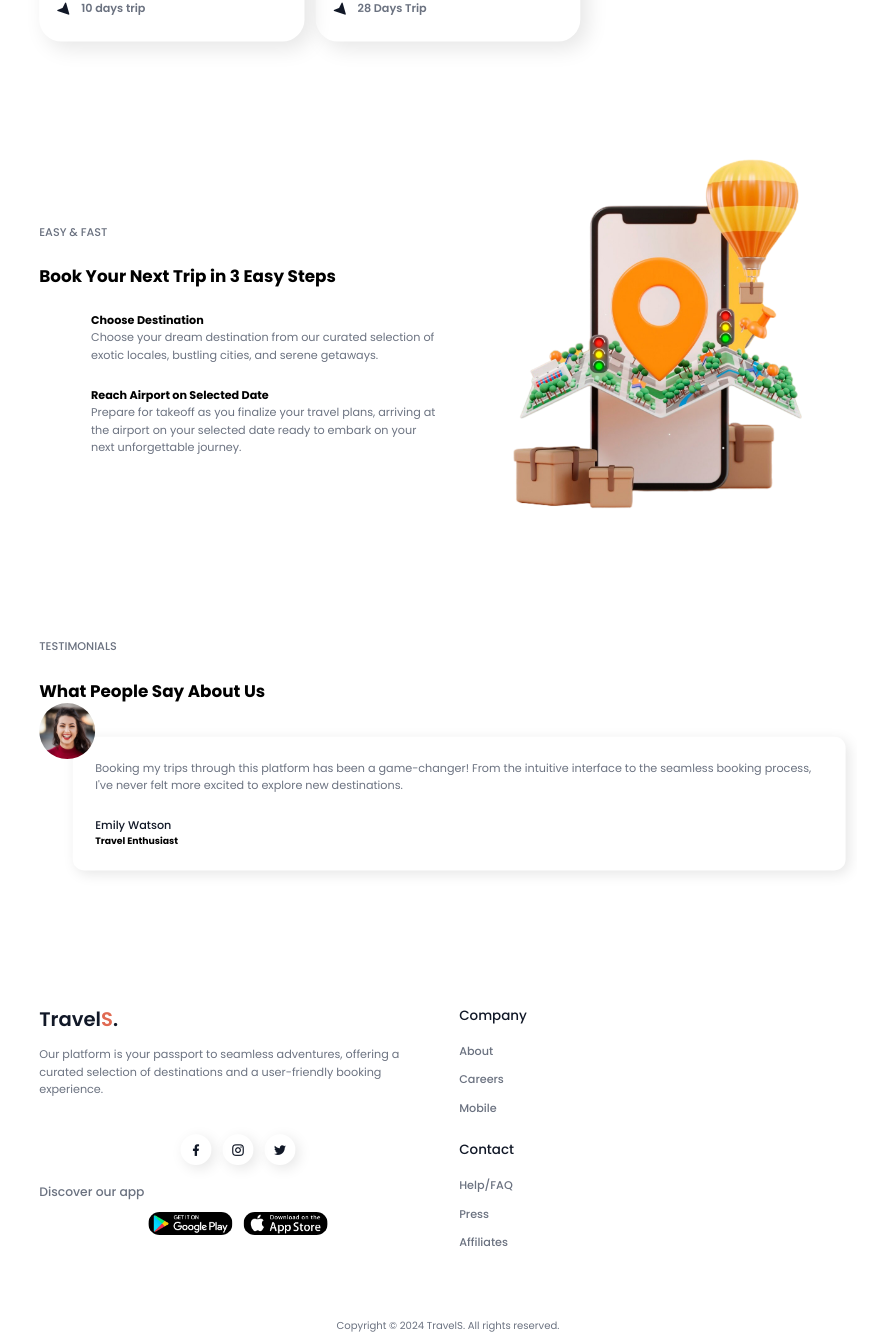
Repository: ntandomagana/travel-website
Page: index.html
An editor plug-in stored every save of this project. The page is shown before and after the next save, followed by the edit.
The browser window is 1280 px wide. The pictures show the part of the page from y = 2199 to 4119 px (the page is 4119 px tall), at 70% of full size.

Above is the page before, as saved 2024-05-07 14:40:15.

### index.html
<!DOCTYPE html>
<html lang="en">
  <head>
    <meta charset="UTF-8" />
    <meta name="viewport" content="width=device-width, initial-scale=1.0" />
    <link
      href="https://cdn.jsdelivr.net/npm/remixicon@4.2.0/fonts/remixicon.css"
      rel="stylesheet"
    />
    <link
      rel="stylesheet"
      href="https://cdn.jsdelivr.net/npm/swiper@11/swiper-bundle.min.css"
    />
    <link rel="stylesheet" href="style.css" />
    <link rel="stylesheet" href="mediaqueries.css" />
    <title>Travel Website</title>
  </head>
  <body>
    <nav>
      <div class="nav-header">
        <div class="logo">
          <a href="#" class="logo">Travel<span>S</span>.</a>
        </div>
        <div class="nav-menu-btn" id="menu-btn">
          <i class="ri-menu-line"></i>
        </div>
      </div>

      <ul class="nav-links" id="nav-links">
        <li><a href="#home">Home</a></li>
        <li><a href="#service">Services</a></li>
        <li><a href="#destination">Destinations</a></li>
        <li><a href="#trips">Trips</a></li>
        <li><a href="#client">Clients</a></li>
      </ul>
    </nav>

    <header class="section-container header-container" id="home">
      <div class="header-image">
        <img src="assets/header.png" alt="header" />
      </div>
      <div class="header-content">
        <h3 class="section-subheader">BEST DESTINATIONS AROUND THE WORLD</h3>
        <h1>Travel, enjoy and live a new full life</h1>
        <p>
          It's an invitation to break free from the ordinary, immerse yourself
          in diverse cultures, and embrace the beauty of the world around you.
          Let every journey be a chapter in your story of living life to its
          fullest potential.
        </p>
        <div class="header-btns">
          <button class="btn">Find out more</button>
          <a href="#">
            <span><i class="ri-play-fill"></i></span>
            Play Demo
          </a>
        </div>
      </div>
    </header>

    <section class="section-container service-container" id="service">
      <h3 class="section-subheader">CATEGORY</h3>
      <h2 class="section-header">We Offer Best Services</h2>
      <div class="service-grid">
        <div class="service-card">
          <img src="assets/weather.png" alt="service" />
          <h4>Calculated Weather</h4>
          <p>
            Stay ahead of your travels with precise weather forecasts tailored
            to your destination's conditions.
          </p>
        </div>
        <div class="service-card">
          <img src="assets/customisation.png" alt="service" />
          <h4>Customizations</h4>
          <p>
            Tailor your journey with personalized customizations, ensuring every
            detail reflects your unique travel style.
          </p>
        </div>
      </div>
    </section>

    <section class="section-container destination-container" id="destination">
      <h3 class="section-subheader">TOP SELLING</h3>
      <h2 class="section-header">Top Destinations</h2>
      <div class="destination-grid">
        <div class="destination-card">
          <img src="assets/destination-1.jpg" alt="destination" />
          <div class="destination-details">
            <div>
              <h4>Rome, Italy</h4>
              <h4>$5.42k</h4>
            </div>
            <p>
              <span><i class="ri-navigation-fill"></i></span>
              10 days trip
            </p>
          </div>
        </div>
        <div class="destination-card">
          <img src="assets/destination-3.jpg" alt="destination" />
          <div class="destination-details">
            <div>
              <h4>Full Europe</h4>
              <h4>$15k</h4>
            </div>
            <p>
              <span><i class="ri-navigation-fill"></i></span>
              28 Days Trip
            </p>
          </div>
        </div>
      </div>
    </section>

    <section class="section-container trip-container" id="trip">
      <div class="trip-image">
        <img src="assets/trip.png" />
      </div>
      <div class="trip-content">
        <h3 class="section-subheader">EASY & FAST</h3>
        <h2 class="section-header">Book Your Next Trip in 3 Easy Steps</h2>
        <ul class="trip-list">
          <li>
            <span><i class="ri-signpost-line"></i></span>
            <div>
              <h4>Choose Destination</h4>
              <p>
                Choose your dream destination from our curated selection of
                exotic locales, bustling cities, and serene getaways.
              </p>
            </div>
          </li>

          <li>
            <span><i class="ri-secure-payment-line"></i></span>
            <div>
              <h4>Reach Airport on Selected Date</h4>
              <p>
                Prepare for takeoff as you finalize your travel plans, arriving
                at the airport on your selected date ready to embark on your
                next unforgettable journey.
              </p>
            </div>
          </li>
        </ul>
      </div>
    </section>

    <section class="section-container clinet-container" id="client">
      <div class="client-content">
        <h3 class="section-subheader">TESTIMONIALS</h3>
        <h2 class="section-header">What People Say About Us</h2>
      </div>
      <div class="client-swiper">
        <!--Slider main container-->
        <div class="swiper">
          <!--Additional required wrapper-->
          <div class="swiper-wrapper">
            <!--Slides-->
            <div class="swiper-slide">
              <div class="client-card">
                <img src="assets/client-1.jpg" alt="client" />
                <div class="client-card-content">
                  <p>
                    Booking my trips through this platform has been a
                    game-changer! From the intuitive interface to the seamless
                    booking process, I've never felt more excited to explore new
                    destinations.
                  </p>
                  <h4>Emily Watson</h4>
                  <h5>Travel Enthusiast</h5>
                </div>
              </div>
            </div>
            <div class="swiper-slide">
              <div class="client-card">
                <img src="assets/client-2.jpg" alt="client" />
                <div class="client-card-content">
                  <p>
                    As a busy professional, time is of the essence. This website
                    made planning my vacation a breeze, allowing me to focus on
                    what matters most: making memories with my family.
                  </p>
                  <h4>David Nguyen</h4>
                  <h5>Business Executive</h5>
                </div>
              </div>
            </div>

            <div class="swiper-slide">
              <div class="client-card">
                <img src="assets/client-3.jpg" alt="client" />
                <div class="client-card-content">
                  <p>
                    I've been using this service for years, and it never
                    disappoints. The convenience of booking my flights,
                    accommodations, and activities all in one place saves me
                    time and stress every trip.
                  </p>
                  <h4>Michael Johnson</h4>
                  <h5>Frequent Flyer</h5>
                </div>
              </div>
            </div>
          </div>
        </div>
      </div>
    </section>

    <footer class="footer">
      <div class="section-container footer-container">
        <div class="footer-col">
          <div class="footer-logo">
            <a href="#" class="logo">Travel<span>S</span>.</a>
          </div>
          <p>
            Our platform is your passport to seamless adventures, offering a
            curated selection of destinations and a user-friendly booking
            experience.
          </p>
        </div>
        <div class="footer-col">
            <h4>Company</h4>
            <ul class="footer-links">
                <li><a href="#">About</a></li>
                <li><a href="#">Careers</a></li>
                <li><a href="#">Mobile</a></li>
            </ul>
        </div>
        <div class="footer-col">
          <h4>Contact</h4>
          <ul class="footer-links">
            <li><a href="#">Help/FAQ</a></li>
            <li><a href="#">Press</a></li>
            <li><a href="#">Affiliates</a></li>
          </ul>
        </div>
        <div class="footer-col">
          <ul class="footer-socials">
            <li>
              <a href="#"><i class="ri-facebook-fill"></i></a>
            </li>
            <li>
              <a href="#"><i class="ri-instagram-line"></i></a>
            </li>
            <li>
              <a href="#"><i class="ri-twitter-fill"></i></a>
            </li>
          </ul>
          <h5>Discover our app</h5>
          <div class="footer-discover">
            <a href="#"><img src="assets/google-play.jpg" alt="discover" /></a>
            <a href="#"><img src="assets/app-store.jpg" alt="discover" /></a>
          </div>
        </div>
      </div>
      <div class="footer-bar">
        Copyright © 2024 TravelS. All rights reserved.
      </div>
    </footer>

    <script src="https://unpkg.com/scrollreveal"></script>
    <script src="https://cdn.jsdelivr.net/npm/swiper@11/swiper-bundle.min.js"></script>
    <script src="main.js"></script>

      </div>

    </footer>
  </body>
</html>

### style.css
@import url("https://fonts.googleapis.com/css2?family=Poppins:ital,wght@0,100;0,200;0,300;0,400;0,500;0,600;0,700;0,800;0,900;1,100;1,200;1,300;1,400;1,500;1,600;1,700;1,800;1,900&display=swap");

:root {
  --primary-color: #e06951;
  --text-dark: #111827;
  --text-light: #6b7280;
  --white: #ffffff;
  --max-width: 1200px;
}

* {
  padding: 0;
  margin: 0;
  box-sizing: border-box;
}

html,
body {
  scroll-behavior: smooth;
}

body {
  font-family: "Poppins", sans-serif;
  background-image: url(assets/header-bg.png);
  background-size: contain;
  background-position: top center;
  background-repeat: no-repeat;
}

nav {
  position: fixed;
  isolation: isolate;
  width: 100%;
  max-width: var(--max-width);
  margin-inline: auto;
  z-index: 9;
}

.nav-header {
  padding: 1rem;
  width: 100%;
  display: flex;
  align-items: center;
  justify-content: space-between;
  background-color: var(--text-dark);
}

.nav-header .logo {
  color: var(--white);
}

.nav-menu-btn {
  font-size: 1rem;
  color: var(--white);
  cursor: pointer;
}

.nav-links {
  position: absolute;
  top: 65px;
  left: 0;
  width: 100%;
  list-style: none;
  display: flex;
  align-items: center;
  justify-content: center;
  flex-direction: column;
  gap: 2rem;
  padding: 2rem;
  background-color: var(--text-dark);
  transition: 0.5s;
  z-index: -1;
  transform: translateY(-100%);
}

.nav-links.open {
  transform: translateY(0);
}

.nav-links a {
  font-weight: 500;
  white-space: nowrap;
  color: var(--white);
}

.nav-links a:hover {
  color: var(--primary-color);
}

.section-container {
  max-width: var(--max-width);
  margin: auto;
  padding: 5rem 1rem;
}

.section-subheader {
  margin-bottom: 1rem;
  font-size: 1rem;
  font-weight: 500;
  line-height: 3.75rem;
  color: var(--text-light);
  text-align: center;
}

.logo {
  font-size: 1.75rem;
  font-weight: 600;
  color: var(--text-dark);
}

.logo span {
  color: var(--primary-color);
}

img {
  display: flex;
  width: 100%;
}

a {
  text-decoration: none;
  transition: 0.4s;
}

ul {
  list-style: none;
}

.header-container {
  display: grid;
  gap: 2rem;
  overflow: hidden;
}

.header-image img {
  max-width: 550px;
  margin-inline: auto;
}

.header-content .section-subheader {
  font-size: 1.2rem;
  color: var(--primary-color);
}

.header-content h1 {
  margin-bottom: 1rem;
  font-size: 4.75rem;
  font-weight: 500;
  line-height: 5.5rem;
  color: var(--text-dark);
  text-align: center;
}

.header-content p {
  margin-bottom: 2rem;
  line-height: 2rem;
  color: var(--text-light);
  text-align: center;
}

.header-btns {
  display: flex;
  align-items: center;
  justify-content: center;
  gap: 2rem;
}

.header-btns .btn {
  padding: 1rem 1.5rem;
  outline: none;
  border: none;
  font-size: 1rem;
  color: var(--white);
  background-color: #f1a501;
  border-radius: 5px;
  box-shadow: 2px 2px 20px rgba(241, 165, 1, 0.5);
  cursor: pointer;
}

.header-btns a {
  display: flex;
  align-items: center;
  gap: 1rem;
  font-size: 1rem;
  font-weight: 500;
  color: var(--text-light);
  transition: 0.3s;
}

.header-btns a:hover {
  color: var(--text-dark);
}

.header-btns a span {
  padding: 6px 12px;
  font-size: 1.5rem;
  color: var(--white);
  background-color: var(--primary-color);
  box-shadow: 2px 2px 20px rgba(224, 105, 81, 0.5);
  border-radius: 100%;
}

.service-grid {
  margin-top: 4rem;
  display: grid;
  gap: 1rem;
}

.service-card {
  padding: 2rem 1rem;
  text-align: center;
  border-radius: 2rem;
  transition: 0.3s;
}

.service-card:hover {
  box-shadow: 10px 10px 30px rgba(0, 0, 0, 0.1);
}

.service-card img {
  margin-bottom: 2rem;
  max-width: 60px;
  margin-inline: auto;
}

.service-card h4 {
  margin-bottom: 1rem;
  font-size: 1.2rem;
  font-weight: 600;
  color: var(--text-dark);
}

.service__card p {
  color: var(--text-light);
}

.destination-grid {
  margin-top: 4rem;
  display: grid;
  gap: 1rem;
}

.destination-card {
  border-radius: 2rem;
  overflow: hidden;
  box-shadow: 10px 10px 30px rgba(0, 0, 0, 0.1);
}

.destination-details {
  padding: 1rem 1.5rem;
}

.destination-details > div {
  margin-bottom: 1rem;
  display: flex;
  align-items: center;
  justify-content: space-between;
  gap: 1rem;
}

.destination-details h4 {
  font-size: 1.2rem;
  font-weight: 500;
  color: var(--text-light);
}

.destination-details p {
  margin-bottom: 1rem;
  display: flex;
  align-items: center;
  font-weight: 600;
  gap: 1rem;
  color: var(--text-light);
}

.destination-details p span {
  font-size: 1.25rem;
  color: var(--text-dark);
  transform: rotate(180deg);
}

.trip-container {
  display: grid;
  gap: 2rem;
  overflow: hidden;
}

.trip-image img {
  max-width: 425px;
  margin-inline: auto;
}

.trip-list {
  list-style: none;
  margin-top: 2rem;
  display: grid;
  gap: 2rem;
}

.trip-list li {
  display: flex;
  align-items: center;
  gap: 1rem;
}

.trip-list li span {
  padding: 8px 15px;
  font-size: 1.75rem;
  color: var(--white);
  border-radius: 1rem;
}

.trip__list li:nth-child(1) span {
  background-color: #f0bb1f;
}

.trip__list li:nth-child(2) span {
  background-color: #f15a2b;
}

.trip__list li:nth-child(3) span {
  background-color: #006380;
}

.trip-list p {
  color: var(--text-light);
}

.client-container {
  padding-bottom: 3rem;
  display: grid;
  gap: 2rem 4rem;
}

.swiper {
  width: 100%;
}

.swiper-slide {
  height: auto !important;
}

.client-card {
  position: relative;
  isolation: isolate;
  padding-block: 3rem 2rem;
  padding-inline: 3rem 1rem;
}

.client-card img {
  position: absolute;
  top: 0;
  left: 0;
  max-width: 80px;
  border-radius: 100%;
}

.client-card-content {
  padding: 2rem;
  border-radius: 1rem;
  box-shadow: 5px 5px 20px rgba(0, 0, 0, 0.1);
}

.client-card-content p {
  margin-bottom: 2rem;
  color: var(--text-light);
}

.client-card-content h4 {
  font-size: 1rem;
  font-weight: 500;
  color: var(--text-dark);
}

.client__card__content h5 {
  font-size: 1rem;
  font-weight: 500;
  color: var(--text-light);
}

.footer-container {
  display: grid;
  gap: 2rem;
}

.footer-col p {
  margin-top: 1rem;
  color: var(--text-light);
}

.footer-col h4 {
  margin-bottom: 1.5rem;
  font-size: 1.2rem;
  font-weight: 500;
  color: var(--text-dark);
}

.footer-links {
    display: grid;
    gap: 1rem;
}

.footer-links a {
    font-weight: 500;
    color: var(--text-light);

}

.footer-links a:hover {
    color: var(--primary-color);
}

.footer-socials {
    margin-bottom: 2rem;
    display: flex;
    align-items: center;
    justify-content: center;
    gap: 1rem;
}

.footer-socials a {
    padding: 8px 12px;
    font-size: 1.25rem;
    color: var(--text-dark);
    border-radius: 100%;
    box-shadow: 5px 5px 20px rgba(0, 0, 0, 0.1);
}

.footer-socials a:hover {
    color: var(--white);
    background-color: var(--primary-color);
}
.footer-col h5 {
    margin-bottom: 1rem;
    font-size: 1.1rem;
    font-weight: 500;
    color: var(--text-light);
}


.footer-discover {
    display: flex;
    align-items: center;
    justify-content: center;
    gap: 1rem;
}

.footer-discover img {
    max-width: 120px;
    border-radius: 1rem;
}

.footer-bar {
    padding: 1rem;
    font-size: 0.9rem;
    color: var(--text-light);
    text-align: center;

}

### mediaqueries.css
@media (width > 540px) {
  .service-grid {
    grid-template-columns: repeat(2, 1fr);
  }

  .destination-grid {
    grid-template-columns: repeat(2, 1fr);
  }

  .footer-container {
    grid-template-columns: repeat(2, 1fr);
  }

  .footer-col:nth-child(4) {
    grid-area: 2/1/3/2;
  }
}

@media (width > 768px) {
  nav {
    position: static;
    padding-block: 2rem 0;
    padding-inline: 1rem;
    display: flex;
    align-items: center;
    justify-content: space-between;
    gap: 2rem;
  }

  .nav-header {
    padding: 0;
    background-color: transparent;
  }

  .nav-logo .logo {
    color: var(--text-dark);
  }

  .nav-menu-btn {
    display: none;
  }

  .nav-links {
    position: static;
    padding: 0;
    flex-direction: row;
    justify-content: fix-end;
    gap: 4rem;
    background-color: transparent;
    transform: none;
  }

  .nav-links a {
    color: var(--text-dark);
  }

  .header-container {
    grid-template-columns: repeat(2, 1fr);
    align-items: center;
  }

  .header-image {
    grid-area: 1/2/3;
  }

  .header-content :is(.section-subheader, h1, p) {
    text-align: left;
  }

  .header-btns {
    justify-content: flex-start;
  }

  .service-grid {
    grid-template-columns: repeat(4, 1fr);
  }

  .destination-grid {
    grid-template-columns: repeat(3, 1fr);
  }

  .trip-container {
    grid-template-columns: repeat(2, 1fr);
    align-items: center;
  }

  .trip-image {
    grid-area: 1/2/2/3;
  }

  .trip-content :is(.section-subheader, .section-header) {
    text-align: left;
  }

  .client-container {
    grid-template-columns: repeat(2, 1fr);
  }

  .client-content :is(.section-subheader, .section-header) {
    text-align: left;
  }

  .footer__container {
    grid-template-columns: repeat(4, 1fr);
  }

  .footer__col:nth-child(4) {
    grid-area: unset;
  }
}
}

Loaded but not shown: main.js (no copy from this time; the picture is the same without it)

After the next save:
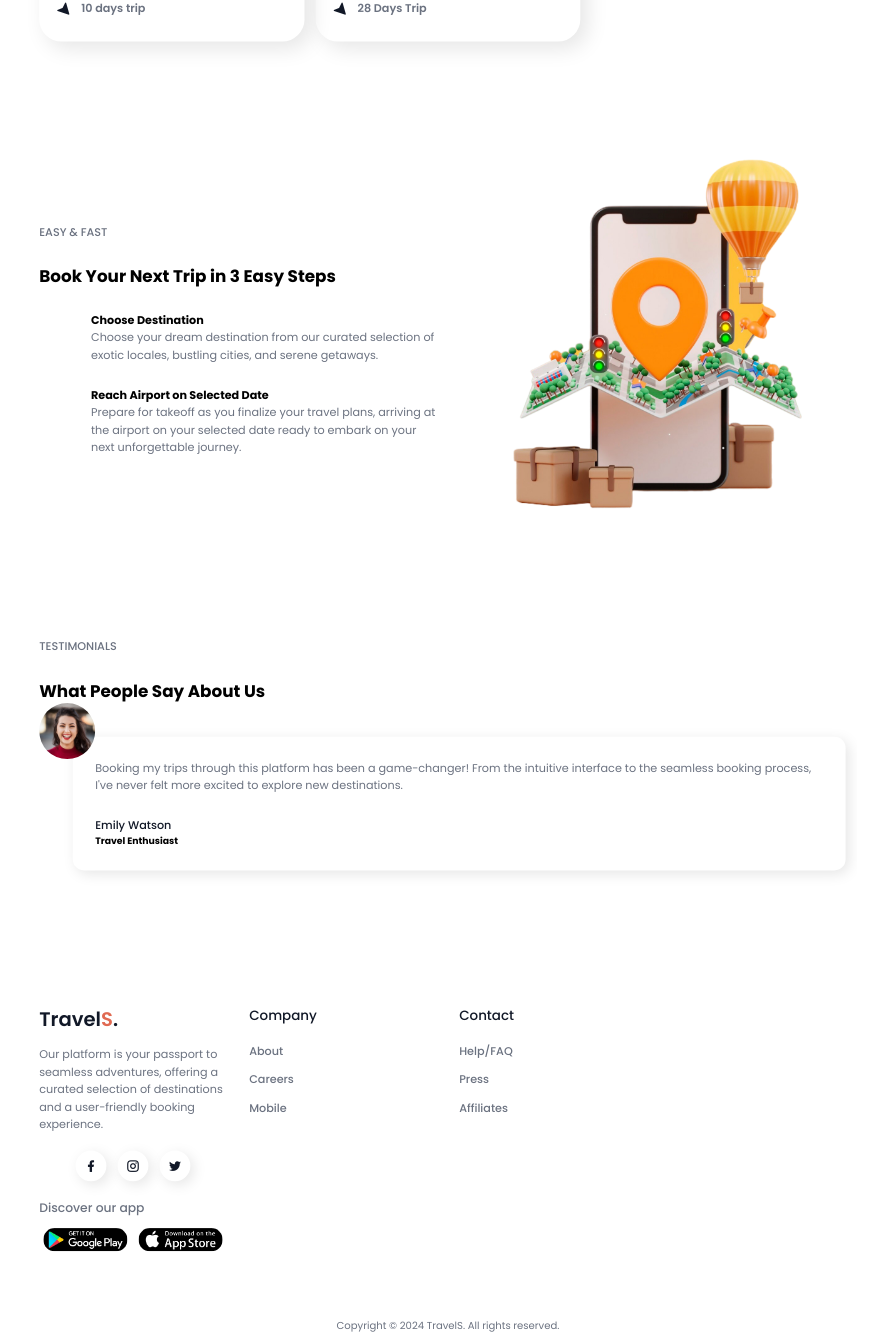
Saved 4 s later.
--- a/mediaqueries.css
+++ b/mediaqueries.css
@@ -100,7 +100,7 @@
     text-align: left;
   }
 
-  .footer__container {
+  .footer-container {
     grid-template-columns: repeat(4, 1fr);
   }
 
